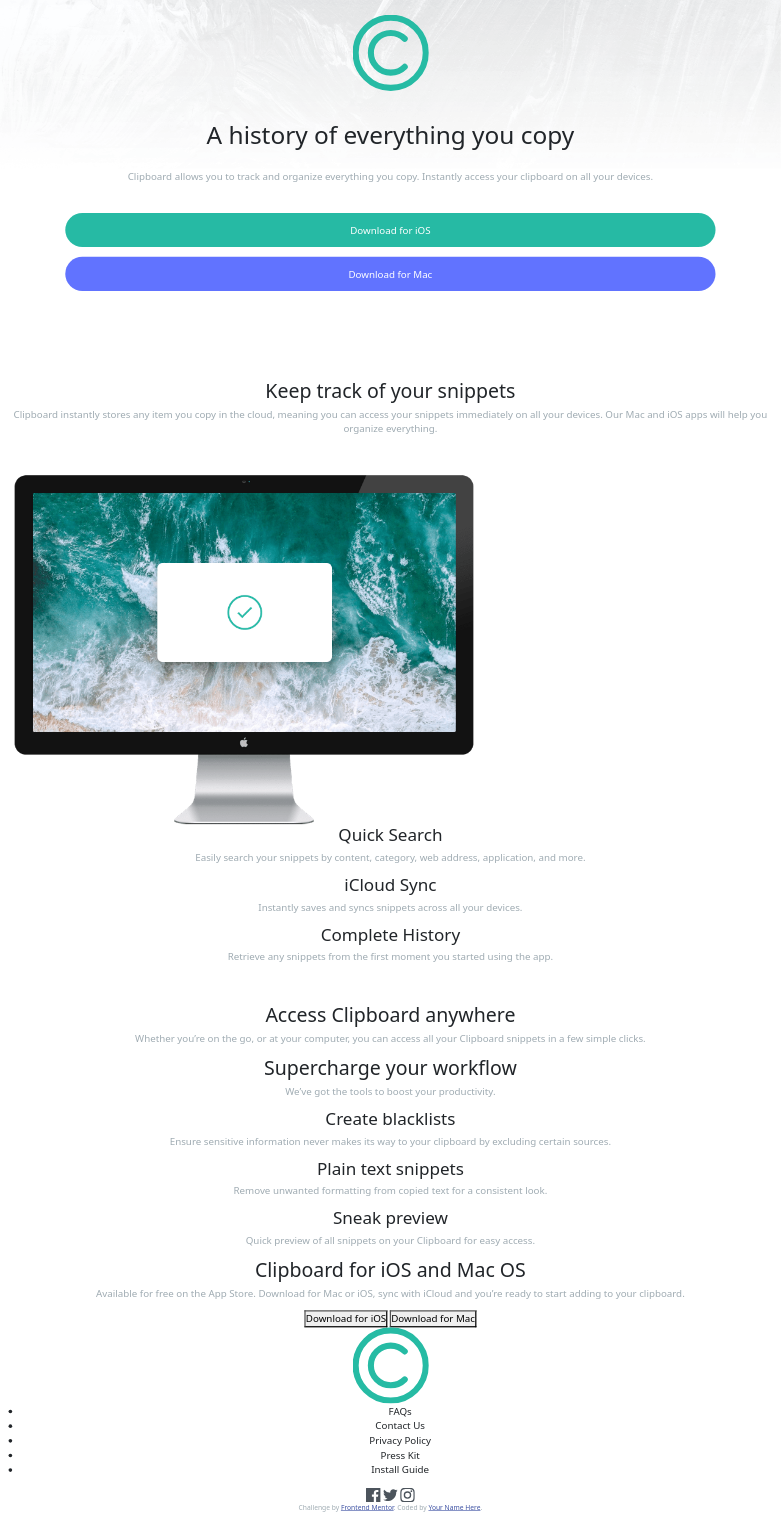
Repository: blordeus/clipboard-landing-page-master
Page: index.html
The author's editor kept a copy of each file at every save. The page is drawn from the files as they stood at one save, then again after the next save.
The browser window is 1280 px wide. The pictures show the whole page, at 61% of full size.
Some web fonts or font styles are not loaded; a fallback is used. The style sheet was rebuilt from its Sass, Less or Tailwind sources for each picture, by a compiler version that may differ from the author's.

Above is the page before, as saved 2023-09-04 11:40:12.

After the next save:
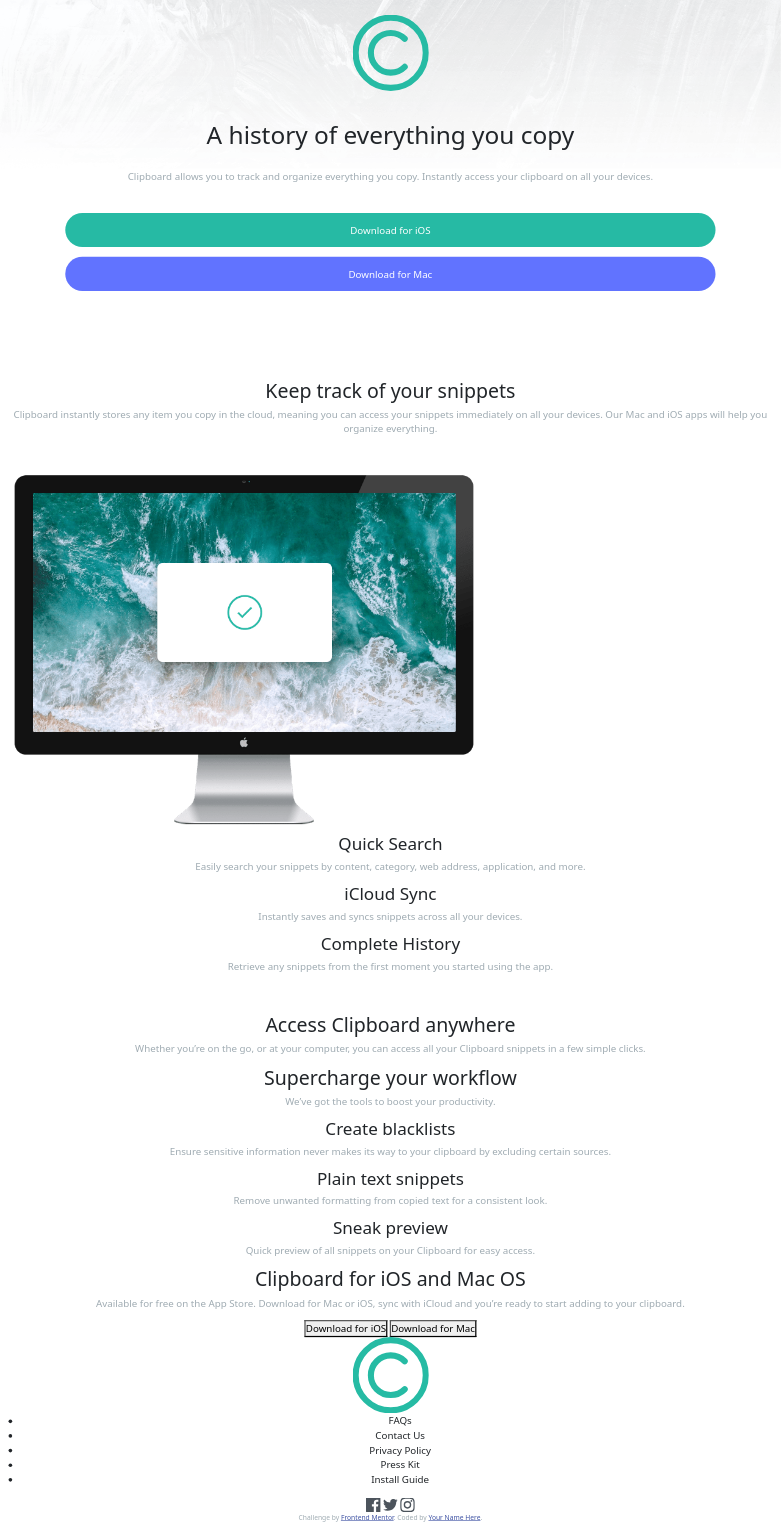
Saved 56 s later.
--- a/index.html
+++ b/index.html
@@ -35,7 +35,7 @@
       devices. Our Mac and iOS apps will help you organize everything.
     </p>
 
-    <section class="d-grid pb-5 mx-4">
+    <section class="d-grid pb-5 mx-4 gap-3">
       <img class="img-fluid" src="./images/image-computer.png" alt="computer">
       <div>
         <h3>Quick Search</h3>
